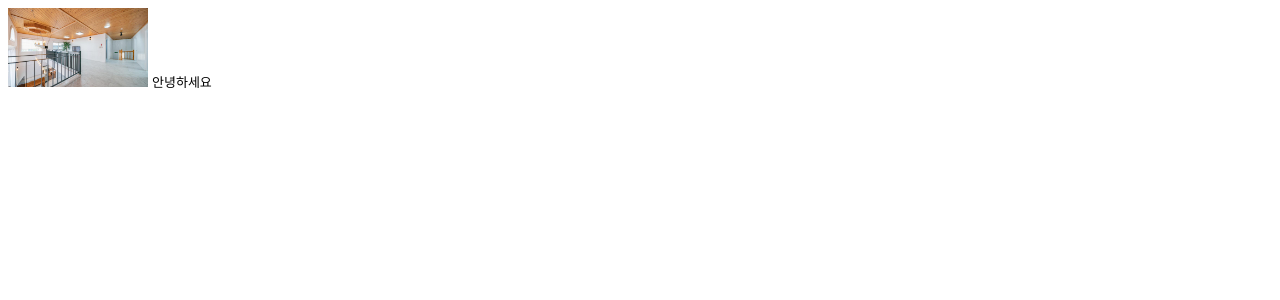
Repository: balsohn/adminshop
Page: http://localhost/jquery/0805/showHide.jsp
An editor plug-in stored every save of this project. The page is shown before and after the next save, followed by the edit.
The browser window is 1280 px wide. The pictures show the whole page.
The page is served by Tomcat 9.

Above is the page before, as saved 2024-08-20 08:07:59.

### work/jquery/src/main/webapp/0805/showHide.jsp
<%@ page language="java" contentType="text/html; charset=UTF-8"
    pageEncoding="UTF-8"%>
<!DOCTYPE html>
<html>
<head>
<meta charset="UTF-8">
<title>Insert title here</title>
<script src="https://code.jquery.com/jquery-latest.js"></script>
<script>
	$(function() {

	})
</script>
</head>
<body>
	<img src="1-1.jpg" width="140">
	<span style="font-size: 13px;">안녕하세요</span>
</body>
</html>

After the next save:
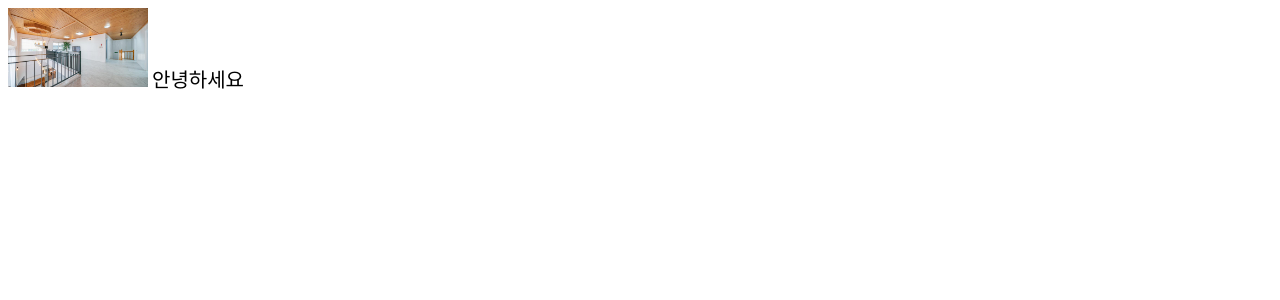
Saved 12 s later.
--- a/work/jquery/src/main/webapp/0805/showHide.jsp
+++ b/work/jquery/src/main/webapp/0805/showHide.jsp
@@ -14,6 +14,6 @@
 </head>
 <body>
 	<img src="1-1.jpg" width="140">
-	<span style="font-size: 13px;">안녕하세요</span>
+	<span style="font-size: 20px;">안녕하세요</span>
 </body>
 </html>
